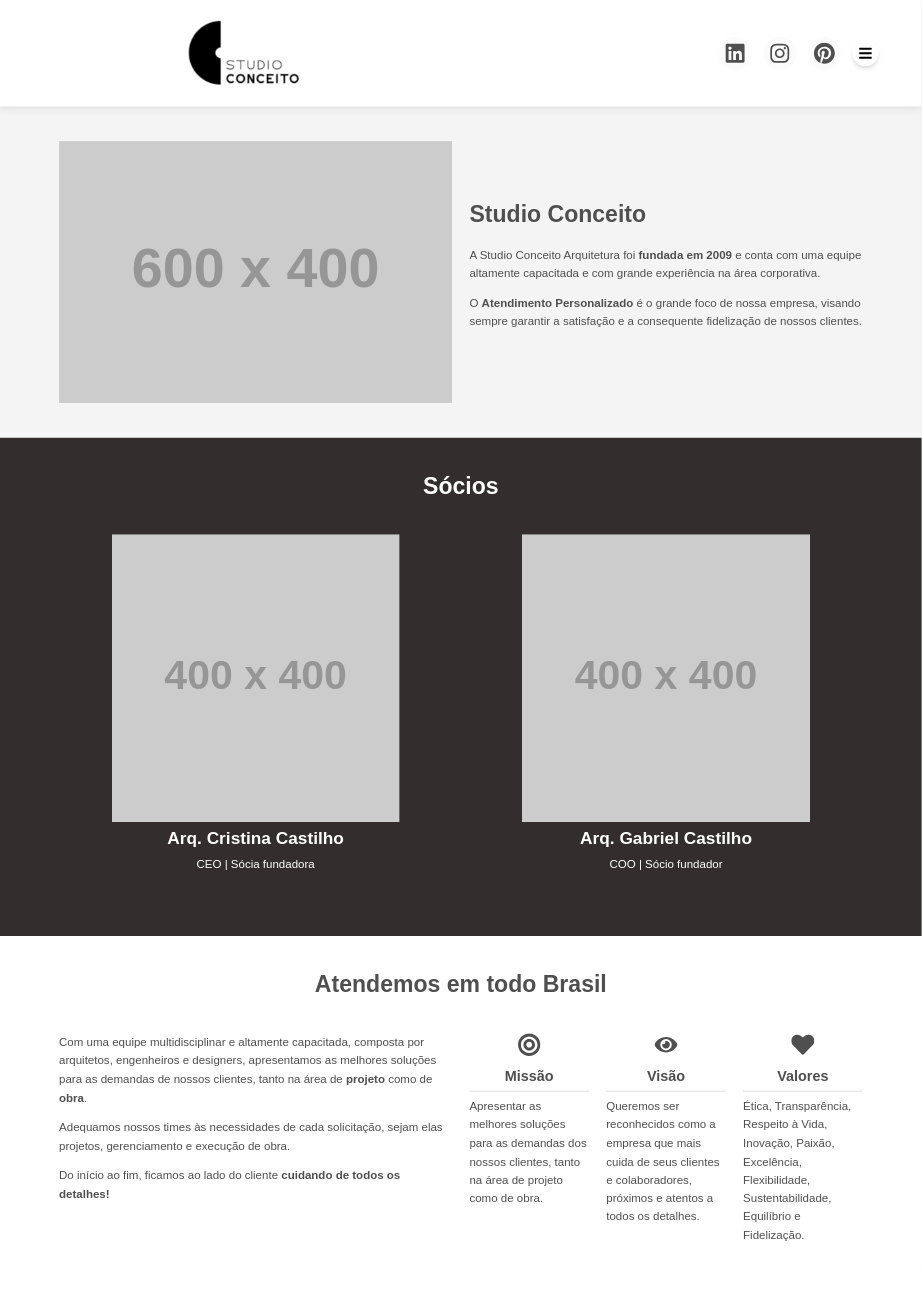
Repository: Upstairs-Agencia/studio-conceito-react
Page: /quem-somos
An editor plug-in stored every save of this project. The page is shown before and after the next save, followed by the edit.
The browser window is 1280 px wide. The pictures show the whole page, at 72% of full size.
The project was rebuilt for these pictures with package versions that can differ from the ones it lists, and the page was loaded fresh each time. Also part of the build but not shown: src/pages/Home.js, src/styles/footer.css, src/components/footer.js, src/pages/Servicos.js, src/pages/Cases.js, src/pages/Blog.js, src/pages/Clientes.js, src/pages/Contato.js.

Above is the page before, as saved 2024-12-29 03:42:35.

### public/index.html
<!DOCTYPE html>
<html lang="en">
  <head>
    <meta charset="utf-8" />
    <link rel="icon" href="%PUBLIC_URL%/favicon.ico" />
    <meta name="viewport" content="width=device-width, initial-scale=1" />
    <meta name="theme-color" content="#000000" />
    <meta
      name="description"
      content="Web site created using create-react-app"
    />
    <link rel="apple-touch-icon" href="%PUBLIC_URL%/logo192.png" />
    <!--
      manifest.json provides metadata used when your web app is installed on a
      user's mobile device or desktop. See https://developers.google.com/web/fundamentals/web-app-manifest/
    -->
    <link rel="manifest" href="%PUBLIC_URL%/manifest.json" />
    <!--
      Notice the use of %PUBLIC_URL% in the tags above.
      It will be replaced with the URL of the `public` folder during the build.
      Only files inside the `public` folder can be referenced from the HTML.

      Unlike "/favicon.ico" or "favicon.ico", "%PUBLIC_URL%/favicon.ico" will
      work correctly both with client-side routing and a non-root public URL.
      Learn how to configure a non-root public URL by running `npm run build`.
    -->
    <title>Studio Conceito</title>
  </head>
  <body>
    <noscript>You need to enable JavaScript to run this app.</noscript>
    <div id="root"></div>
    <!--
      This HTML file is a template.
      If you open it directly in the browser, you will see an empty page.

      You can add webfonts, meta tags, or analytics to this file.
      The build step will place the bundled scripts into the <body> tag.

      To begin the development, run `npm start` or `yarn start`.
      To create a production bundle, use `npm run build` or `yarn build`.
    -->
  </body>
</html>

### src/index.js

import React from 'react';
import ReactDOM from 'react-dom';
import App from './App';
import 'mdb-react-ui-kit/dist/css/mdb.min.css'; // MDB styles
import './index.css'; // Global styles

ReactDOM.render(
  <React.StrictMode>
    <App />
  </React.StrictMode>,
  document.getElementById('root')
);

### src/App.js

import React from 'react';
import { BrowserRouter as Router, Routes, Route } from 'react-router-dom';
import Home from './pages/Home';
import QuemSomos from './pages/QuemSomos';
import Servicos from './pages/Servicos';
import Cases from './pages/Cases';
import Blog from './pages/Blog';
import Clientes from './pages/Clientes';
import Contato from './pages/Contato';

function App() {
  return (
    <Router>
      <Routes>
        <Route path="/" element={<Home />} />
        <Route path="/quem-somos" element={<QuemSomos />} />
        <Route path="/servicos" element={<Servicos />} />
        <Route path="/cases" element={<Cases />} />
        <Route path="/blog" element={<Blog />} />
        <Route path="/clientes" element={<Clientes />} />
        <Route path="/contato" element={<Contato />} />
      </Routes>
    </Router>
  );
}

export default App;

### src/index.css

body {
  margin: 0;
  font-family: Arial, sans-serif;
  background-color: #f4f4f4;
}

### src/pages/QuemSomos.js
import React from 'react';
import Navbar from '../components/navbar'; // Importando o componente Navbar
import {
  MDBContainer,
  MDBRow,
  MDBCol
} from 'mdb-react-ui-kit';
import { FaBullseye, FaEye, FaHeart } from 'react-icons/fa';

export default function QuemSomos() {
  return (
    <>
      {/* Navbar */}
      <Navbar />

      {/* Quem Somos Section */}
      <section className='py-5'>
        <MDBContainer>
          <MDBRow className='align-items-center'>
            <MDBCol md='6'>
              <img
                src='https://via.placeholder.com/600x400'
                alt='Studio Conceito'
                className='img-fluid'
              />
            </MDBCol>
            <MDBCol md='6'>
              <h2 className='fw-bold mb-4'>Studio Conceito</h2>
              <p>
                A Studio Conceito Arquitetura foi <strong>fundada em 2009</strong> e conta com uma equipe altamente capacitada e com grande experiência na área corporativa.
              </p>
              <p>
                O <strong>Atendimento Personalizado</strong> é o grande foco de nossa empresa, visando sempre garantir a satisfação e a consequente fidelização de nossos clientes.
              </p>
            </MDBCol>
          </MDBRow>
        </MDBContainer>
      </section>

      {/* Sócios Section */}
      <section className='py-5 bg-dark text-white'>
        <MDBContainer>
          <h2 className='text-center fw-bold mb-5'>Sócios</h2>
          <MDBRow className='text-center'>
            <MDBCol md='6' className='mb-4'>
              <div className='team-member'>
                <img
                  src='https://via.placeholder.com/400x400'
                  alt='Arq. Cristina Castilho'
                  className='img-fluid mb-2'
                />
                <h4 className='fw-bold'>Arq. Cristina Castilho</h4>
                <p>CEO | Sócia fundadora</p>
              </div>
            </MDBCol>
            <MDBCol md='6' className='mb-4'>
              <div className='team-member'>
                <img
                  src='https://via.placeholder.com/400x400'
                  alt='Arq. Gabriel Castilho'
                  className='img-fluid mb-2'
                />
                <h4 className='fw-bold'>Arq. Gabriel Castilho</h4>
                <p>COO | Sócio fundador</p>
              </div>
            </MDBCol>
          </MDBRow>
        </MDBContainer>
      </section>

      {/* Missão, Visão e Valores Section */}
      <section className='py-5 bg-white'>
        <MDBContainer>
          <h2 className='text-center fw-bold mb-5'>Atendemos em todo Brasil</h2>
          <MDBRow>
            <MDBCol md='6'>
              <p>
                Com uma equipe multidisciplinar e altamente capacitada, composta por arquitetos, engenheiros e designers, apresentamos as melhores soluções para as demandas de nossos clientes, tanto na área de <strong>projeto</strong> como de <strong>obra</strong>.
              </p>
              <p>
                Adequamos nossos times às necessidades de cada solicitação, sejam elas projetos, gerenciamento e execução de obra.
              </p>
              <p>
                Do início ao fim, ficamos ao lado do cliente <strong>cuidando de todos os detalhes!</strong>
              </p>
            </MDBCol>
            <MDBCol md='6'>
              <MDBRow className='text-center'>
                <MDBCol md='4'>
                  <div className='icon mb-3'>
                    <FaBullseye size={32} />
                  </div>
                  <h5 className='fw-bold'>Missão</h5>
                  <hr className='my-2' />
                  <p className='text-start'>
                    Apresentar as melhores soluções para as demandas dos nossos clientes, tanto na área de projeto como de obra.
                  </p>
                </MDBCol>
                <MDBCol md='4'>
                  <div className='icon mb-3'>
                    <FaEye size={32} />
                  </div>
                  <h5 className='fw-bold'>Visão</h5>
                  <hr className='my-2' />
                  <p className='text-start'>
                    Queremos ser reconhecidos como a empresa que mais cuida de seus clientes e colaboradores, próximos e atentos a todos os detalhes.
                  </p>
                </MDBCol>
                <MDBCol md='4'>
                  <div className='icon mb-3'>
                    <FaHeart size={32} />
                  </div>
                  <h5 className='fw-bold'>Valores</h5>
                  <hr className='my-2' />
                  <p className='text-start'>
                    Ética, Transparência, Respeito à Vida, Inovação, Paixão, Excelência, Flexibilidade, Sustentabilidade, Equilíbrio e Fidelização.
                  </p>
                </MDBCol>
              </MDBRow>
            </MDBCol>
          </MDBRow>
        </MDBContainer>
      </section>
    </>
  );
}

### src/components/navbar.js
import React, { useState } from "react";

import Logo from "../images/logoBlack.png";

import {
  MDBNavbar,
  MDBNavbarBrand,
  MDBContainer,
} from "mdb-react-ui-kit";
import { FaLinkedin, FaInstagram, FaPinterest, FaBars } from "react-icons/fa";
import { IoIosClose } from "react-icons/io";
import { Link } from "react-router-dom";

import SeloGptw from "../images/selo-gptw.png";

const Navbar = () => {
  const [showMenu, setShowMenu] = useState(false);

  return (
    <>
      {/* Navbar */}
      <MDBNavbar dark bgColor="white" className="py-4 px-5">
        <MDBContainer fluid className="d-flex justify-content-between align-items-center">
          {/* Logo */}
          <MDBNavbarBrand href="#" className="ms-5">
            <img
              src={Logo}
              alt="Logo"
              style={{ maxHeight: "90px", marginLeft: "12vw"}}
            />
          </MDBNavbarBrand>

          {/* Social Icons and Menu Toggle */}
          <div className="d-flex align-items-center">
            {/* Social Icons */}
            <div className="d-flex gap-3 me-3">
              <button className="btn btn-light rounded-circle p-2">
                <FaLinkedin size={30} />
              </button>
              <button className="btn btn-light rounded-circle p-2">
                <FaInstagram size={30} />
              </button>
              <button className="btn btn-light rounded-circle p-2">
                <FaPinterest size={30} />
              </button>
            </div>

            {/* FaBars Icon for Sidebar */}
            <button
              className="btn rounded-circle p-2"
              style={{
                background: "none",
                border: "none",
                cursor: "pointer",
              }}
              onClick={() => setShowMenu(!showMenu)}
            >
              <FaBars size={20} color="black" />
            </button>
          </div>
        </MDBContainer>
      </MDBNavbar>

      {/* Sidebar Menu */}
      {showMenu && (
        <div
          className="position-fixed top-0 end-0 bg-white vh-100 vw-350 shadow-lg d-flex flex-column"
          style={{ zIndex: 1050, width: "500px" }}
        >
          <div className="d-flex justify-content-end p-3">
            {/* Close Button */}
            <button
              className="p-0"
              style={{
                background: "none",
                border: "none",
                cursor: "pointer",
              }}
              onClick={() => setShowMenu(false)}
            >
              <IoIosClose size={40} />
            </button>
          </div>





          <div className="p-4 flex-grow-1">
            {/* Menu Items */}
            <ul className="list-unstyled">
              {[
                { label: "Home", link: "/" },
                { label: "Quem somos", link: "/quem-somos" },
                { label: "Serviços", link: "/servicos" },
                { label: "Cases", link: "/cases" },
                { label: "Blog", link: "/blog" },
                { label: "Clientes", link: "/clientes" },
                { label: "Contato", link: "/contato" },
              ].map((item, index) => (
                <li key={index} className="py-2">
                  <Link
                    to={item.link}
                    className="text-decoration-none fs-6"
                    style={{
                      transition: "all 0.3s ease-in-out", // Transição suave
                      color:"black"
                    }}
                    onMouseOver={(e) => {
                      e.currentTarget.style.color = "#FF7F30"; // Altera a cor
                      e.currentTarget.style.fontWeight = "bold"; // Negrito
                    }}
                    onMouseOut={(e) => {
                      e.currentTarget.style.color = "black"; // Retorna à cor original
                      e.currentTarget.style.fontWeight = "normal"; // Retira o negrito
                    }}
                  >
                    {item.label}
                  </Link>
                </li>
              ))}
            </ul>
          </div>



          {/* Footer Section */}
          <div className="d-flex justify-content-between align-items-center px-4 pb-4">
            {/* Social Icons */}
            <div className="d-flex gap-3">
              <button className="btn btn-dark rounded-circle p-2">
                <FaLinkedin size={20} color="white" />
              </button>
              <button className="btn btn-dark rounded-circle p-2">
                <FaInstagram size={20} color="white" />
              </button>
              <button className="btn btn-dark rounded-circle p-2">
                <FaPinterest size={20} color="white" />
              </button>
            </div>

            {/* Placeholder Image */}
            <img
              src={SeloGptw}
              alt="Great Place to Work"
              style={{ maxHeight: "200px", marginBottom: "4rem" }}
            />
          </div>
        </div>
      )}
    </>
  );
};

export default Navbar;

After the next save:
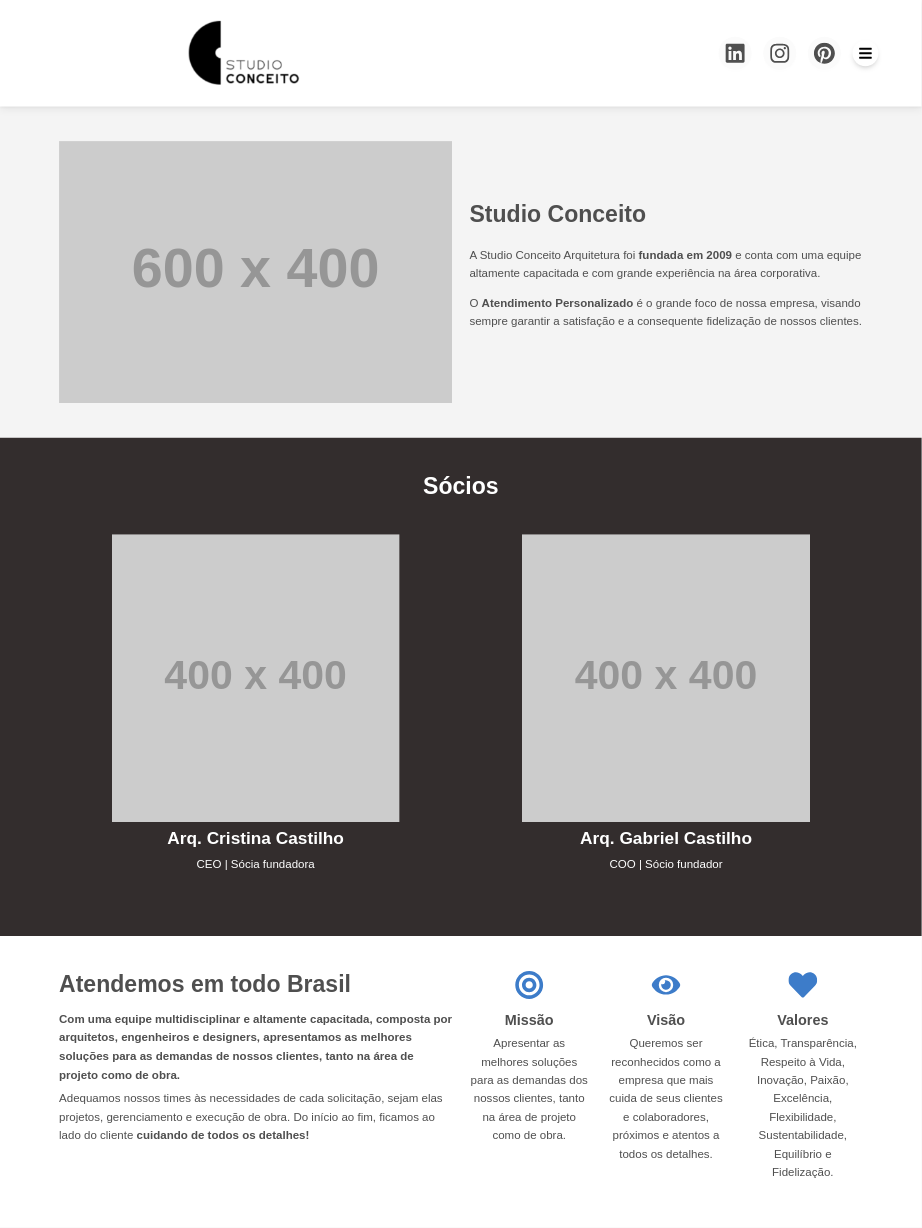
Saved 4 min 6 s later.
--- a/src/pages/QuemSomos.js
+++ b/src/pages/QuemSomos.js
@@ -1,10 +1,6 @@
 import React from 'react';
 import Navbar from '../components/navbar'; // Importando o componente Navbar
-import {
-  MDBContainer,
-  MDBRow,
-  MDBCol
-} from 'mdb-react-ui-kit';
+import { MDBContainer, MDBRow, MDBCol } from 'mdb-react-ui-kit';
 import { FaBullseye, FaEye, FaHeart } from 'react-icons/fa';
 
 export default function QuemSomos() {
@@ -71,48 +67,50 @@ export default function QuemSomos() {
       {/* Missão, Visão e Valores Section */}
       <section className='py-5 bg-white'>
         <MDBContainer>
-          <h2 className='text-center fw-bold mb-5'>Atendemos em todo Brasil</h2>
           <MDBRow>
+            {/* Título e Subtítulo */}
             <MDBCol md='6'>
-              <p>
-                Com uma equipe multidisciplinar e altamente capacitada, composta por arquitetos, engenheiros e designers, apresentamos as melhores soluções para as demandas de nossos clientes, tanto na área de <strong>projeto</strong> como de <strong>obra</strong>.
+              <h2 className='fw-bold mb-3'>Atendemos em todo Brasil</h2>
+              <p className='mb-2'>
+                <strong>
+                  Com uma equipe multidisciplinar e altamente capacitada, composta por arquitetos, engenheiros e designers, apresentamos as melhores soluções para as demandas de nossos clientes, tanto na área de <span className='fw-bold'>projeto</span> como de <span className='fw-bold'>obra</span>.
+                </strong>
               </p>
               <p>
-                Adequamos nossos times às necessidades de cada solicitação, sejam elas projetos, gerenciamento e execução de obra.
-              </p>
-              <p>
-                Do início ao fim, ficamos ao lado do cliente <strong>cuidando de todos os detalhes!</strong>
+                Adequamos nossos times às necessidades de cada solicitação, sejam elas projetos, gerenciamento e execução de obra. Do início ao fim, ficamos ao lado do cliente <span className='fw-bold'>cuidando de todos os detalhes!</span>
               </p>
             </MDBCol>
+
+            {/* Ícones e Descrições */}
             <MDBCol md='6'>
               <MDBRow className='text-center'>
+                {/* Missão */}
                 <MDBCol md='4'>
-                  <div className='icon mb-3'>
-                    <FaBullseye size={32} />
+                  <div className='mb-3'>
+                    <FaBullseye size={40} color="#3d7cc9" />
                   </div>
                   <h5 className='fw-bold'>Missão</h5>
-                  <hr className='my-2' />
-                  <p className='text-start'>
+                  <p>
                     Apresentar as melhores soluções para as demandas dos nossos clientes, tanto na área de projeto como de obra.
                   </p>
                 </MDBCol>
+                {/* Visão */}
                 <MDBCol md='4'>
-                  <div className='icon mb-3'>
-                    <FaEye size={32} />
+                  <div className='mb-3'>
+                    <FaEye size={40} color="#3d7cc9" />
                   </div>
                   <h5 className='fw-bold'>Visão</h5>
-                  <hr className='my-2' />
-                  <p className='text-start'>
+                  <p>
                     Queremos ser reconhecidos como a empresa que mais cuida de seus clientes e colaboradores, próximos e atentos a todos os detalhes.
                   </p>
                 </MDBCol>
+                {/* Valores */}
                 <MDBCol md='4'>
-                  <div className='icon mb-3'>
-                    <FaHeart size={32} />
+                  <div className='mb-3'>
+                    <FaHeart size={40} color="#3d7cc9" />
                   </div>
                   <h5 className='fw-bold'>Valores</h5>
-                  <hr className='my-2' />
-                  <p className='text-start'>
+                  <p>
                     Ética, Transparência, Respeito à Vida, Inovação, Paixão, Excelência, Flexibilidade, Sustentabilidade, Equilíbrio e Fidelização.
                   </p>
                 </MDBCol>
